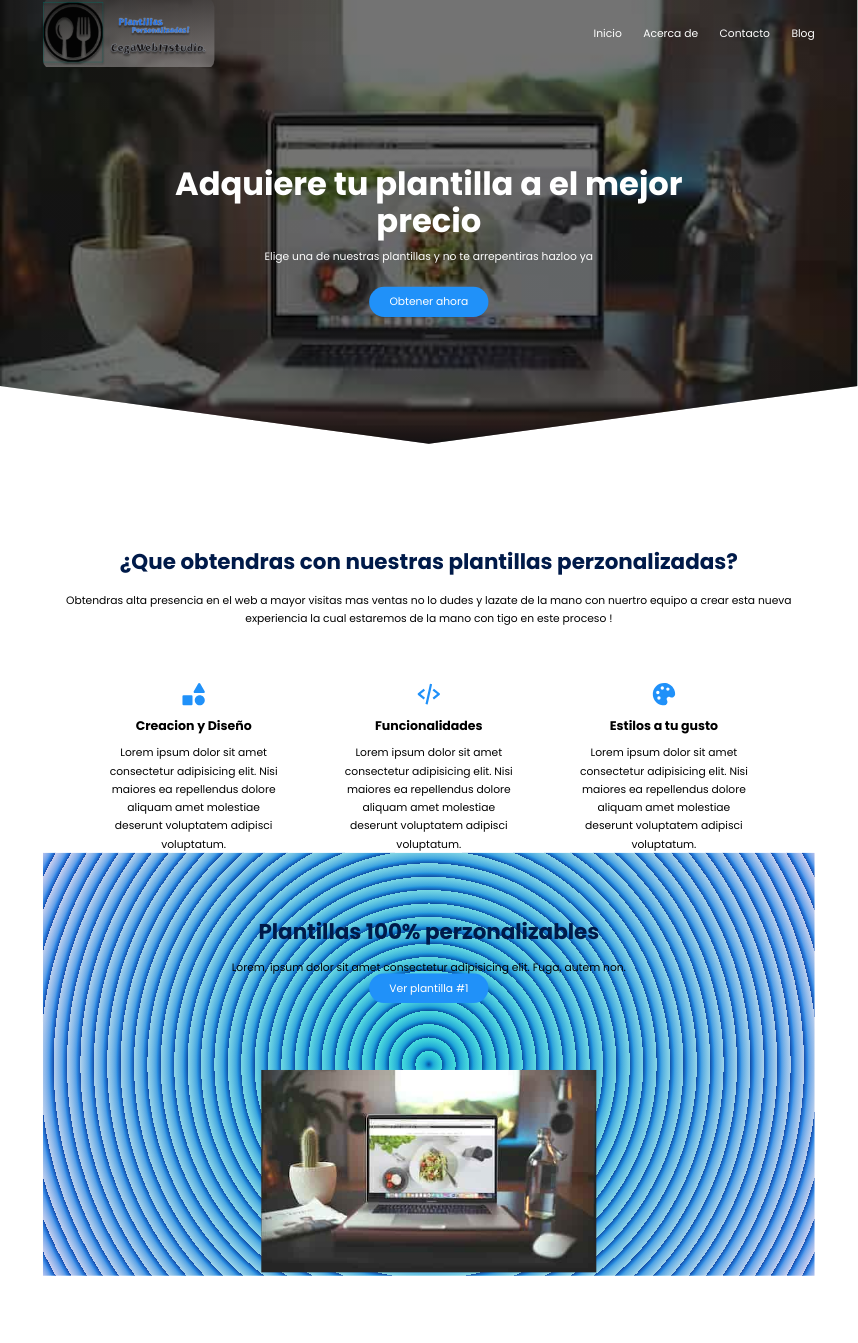
Repository: cega17/una-pagina-web
Page: index.html
An editor plug-in stored every save of this project. The page is shown before and after the next save, followed by the edit.
The browser window is 1280 px wide. The pictures show the whole page, at 67% of full size.

Above is the page before, as saved 2023-10-30 00:07:49.

After the next save:
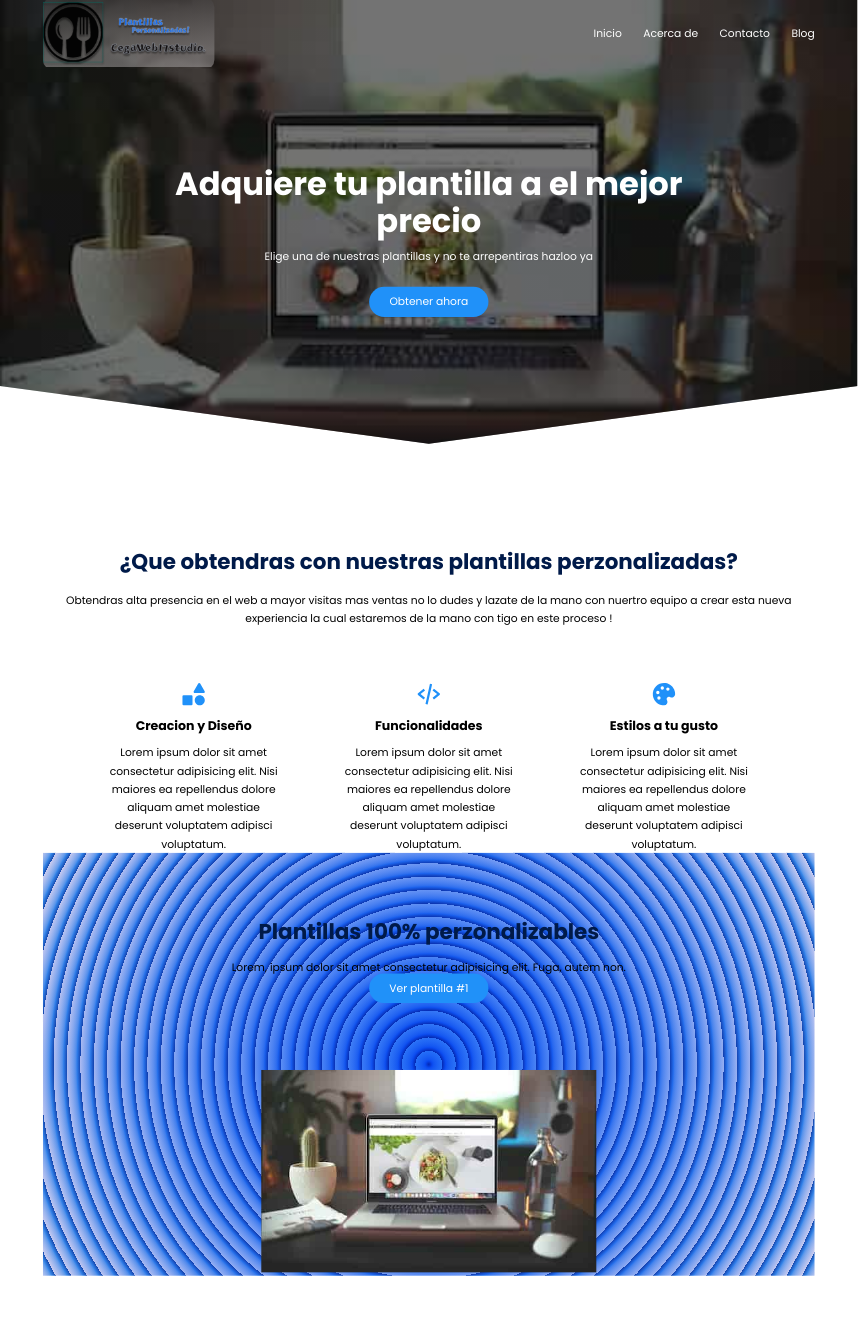
Saved 22 s later.
--- a/css/styles.css
+++ b/css/styles.css
@@ -159,7 +159,7 @@ body {
 
 .knowledge{
     background-color: #e5e5f7;
-    background-image: radial-gradient(circle at center center, #44f7e2, #e5e5f7), repeating-radial-gradient(circle at center center, #1e5fba, #44a9f7, 10px, transparent 20px, transparent 10px);
+    background-image: radial-gradient(circle at center center, #2478ff, #e5e5f7), repeating-radial-gradient(circle at center center, #1e5fba, #44a9f7, 10px, transparent 20px, transparent 10px);
     background-blend-mode: multiply;
     overflow: hidden;
 }
